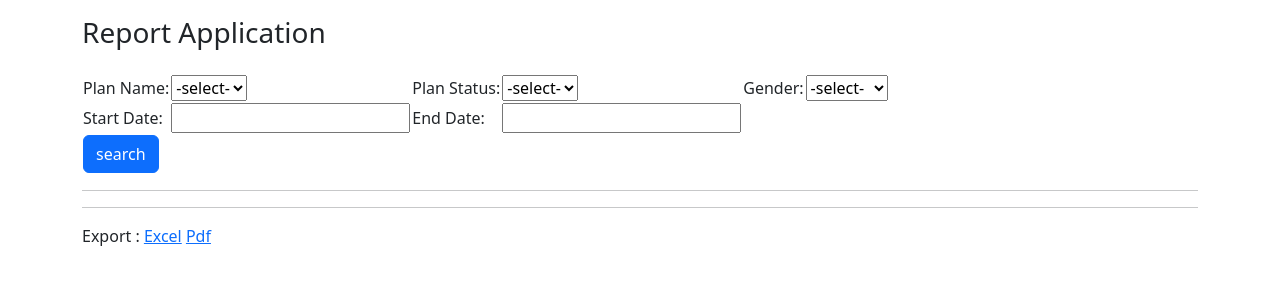
Repository: dubeygaurav52/SpringBoot_Microservices_Concepts
Page: http://localhost/01_Report_App/pages/index.jsp
These files come from the project's save history. The page is drawn as it stood at one moment and after the next save; the edit follows.
The browser window is 1280 px wide. The pictures show the whole page.
The page is served by Tomcat 9. The template is opened directly, without the code that normally fills it, so the values that code supplies are empty.

Above is the page before, as saved 2025-05-01 14:55:14.

After the next save:
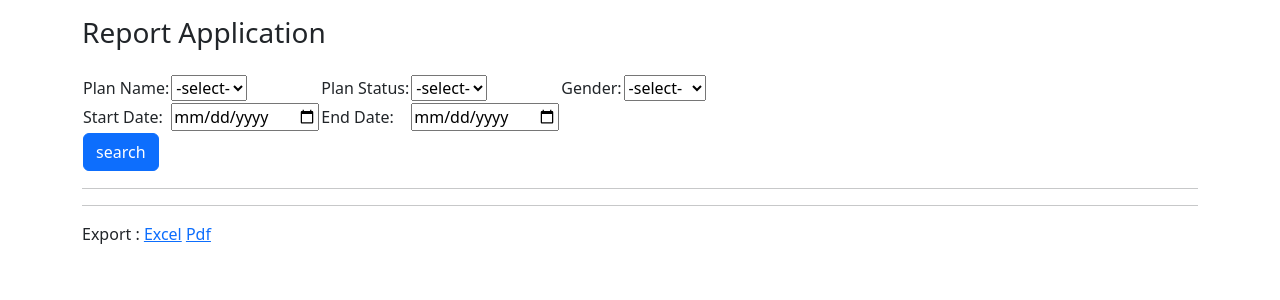
Saved 4 min 7 s later.
--- a/01_Report_App/src/main/webapp/pages/index.jsp
+++ b/01_Report_App/src/main/webapp/pages/index.jsp
@@ -47,11 +47,11 @@
 <tr>
 <td>Start Date:</td>
 <td>
-<input path="startDate"> </input>
+<input type="date" path="startDate"> </input>
 </td>
 <td>End Date:</td>
 <td>
-<input path="endDate"> </input>
+<input type="date" path="endDate"> </input>
 </td>
 </tr>
 
